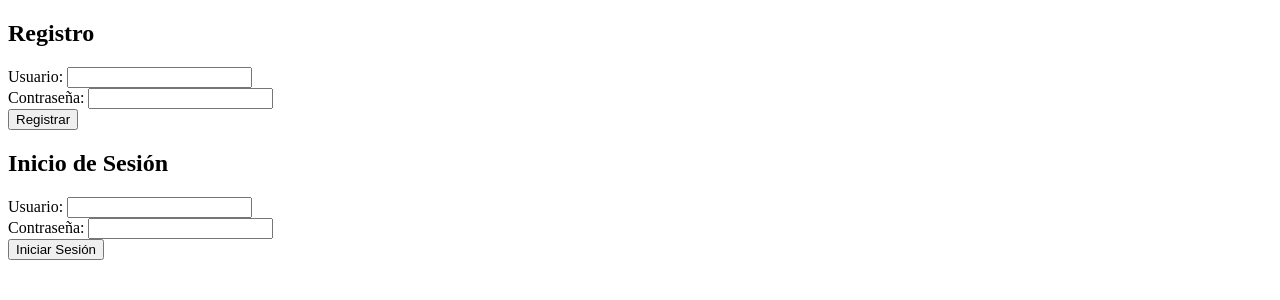
Repository: Connie75/API
Page: index.html
The author's editor kept a copy of each file at every save. The page is drawn from the files as they stood at one save, then again after the next save.
The browser window is 1280 px wide. The pictures show the whole page.

Above is the page before, as saved 2024-07-31 00:27:30.

### index.html
<!DOCTYPE html>
<html lang="es">
<head>
    <meta charset="UTF-8">
    <meta name="viewport" content="width=device-width, initial-scale=1.0">

    <title>Registro e Inicio de Sesión</title>
</head>
<body>
    <h2>Registro</h2>
    <form action="register.php" method="post">
        <label for="username">Usuario:</label>
        <input type="text" id="username" name="username" required><br>
        <label for="password">Contraseña:</label>
        <input type="password" id="password" name="password" required><br>
        <input type="submit" value="Registrar">
    </form>

    <h2>Inicio de Sesión</h2>
    <form action="login.php" method="post">
        <label for="username">Usuario:</label>
        <input type="text" id="username" name="username" required><br>
        <label for="password">Contraseña:</label>
        <input type="password" id="password" name="password" required><br>
        <input type="submit" value="Iniciar Sesión">
    </form>
</body>
</html>

After the next save:
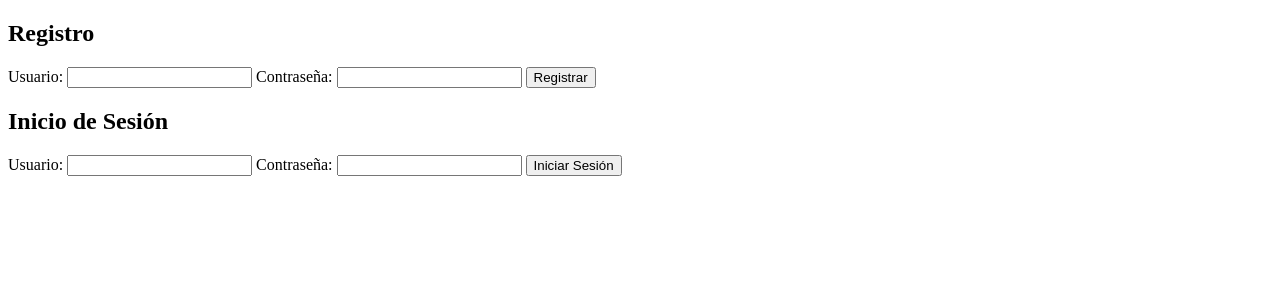
Saved 71 s later.
--- a/index.html
+++ b/index.html
@@ -7,22 +7,24 @@
     <title>Registro e Inicio de Sesión</title>
 </head>
 <body>
-    <h2>Registro</h2>
-    <form action="register.php" method="post">
-        <label for="username">Usuario:</label>
-        <input type="text" id="username" name="username" required><br>
-        <label for="password">Contraseña:</label>
-        <input type="password" id="password" name="password" required><br>
-        <input type="submit" value="Registrar">
-    </form>
+     <div class="container">
+        <h2>Registro</h2>
+        <form action="register.php" method="post">
+            <label for="username">Usuario:</label>
+            <input type="text" id="username" name="username" required>
+            <label for="password">Contraseña:</label>
+            <input type="password" id="password" name="password" required>
+            <input type="submit" value="Registrar">
+        </form>
 
-    <h2>Inicio de Sesión</h2>
-    <form action="login.php" method="post">
-        <label for="username">Usuario:</label>
-        <input type="text" id="username" name="username" required><br>
-        <label for="password">Contraseña:</label>
-        <input type="password" id="password" name="password" required><br>
-        <input type="submit" value="Iniciar Sesión">
-    </form>
+        <h2>Inicio de Sesión</h2>
+        <form action="login.php" method="post">
+            <label for="username">Usuario:</label>
+            <input type="text" id="username" name="username" required>
+            <label for="password">Contraseña:</label>
+            <input type="password" id="password" name="password" required>
+            <input type="submit" value="Iniciar Sesión">
+        </form>
+    </div>
 </body>
 </html>
